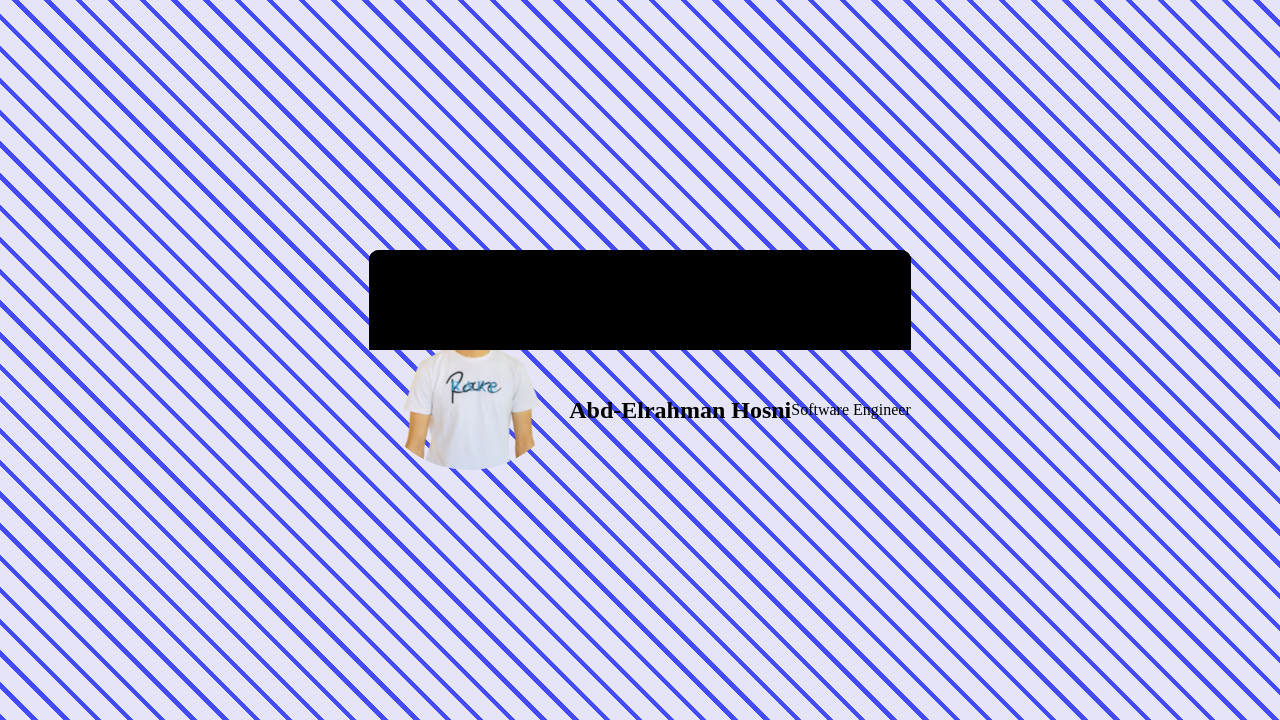
Repository: Abdo-Hosni123/Html-and-css-projects
Page: index.html
The author's editor kept a copy of each file at every save. The page is drawn from the files as they stood at one save, then again after the next save.
The browser window is 1280 px wide. The pictures show the whole page.

Above is the page before, as saved 2023-12-05 22:11:30.

After the next save:
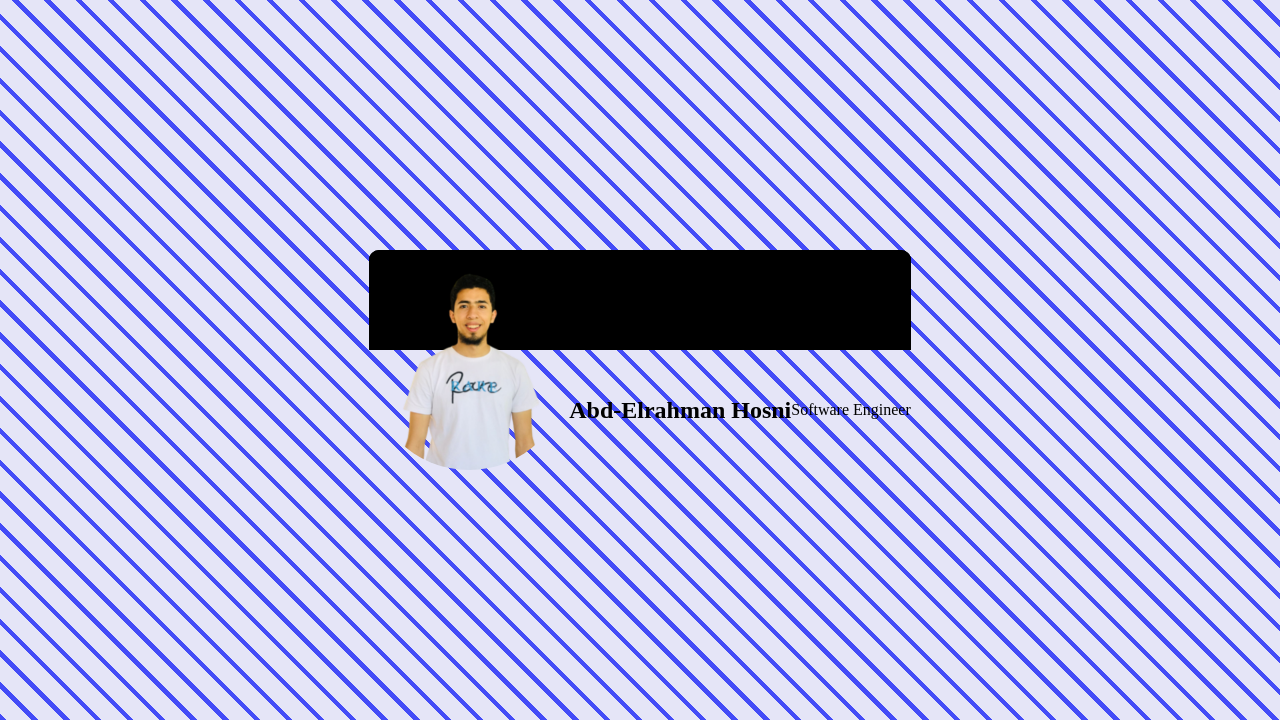
Saved 5 s later.
--- a/Style.css
+++ b/Style.css
@@ -48,7 +48,7 @@
     opacity: 1;
     background-image: radial-gradient(#000000 0.45px, #000000 0.45px);
     background-size: 9px 9px;
-    z-index: 11;
+    z-index: 1;
 }
 .middle{
     display: flex;
